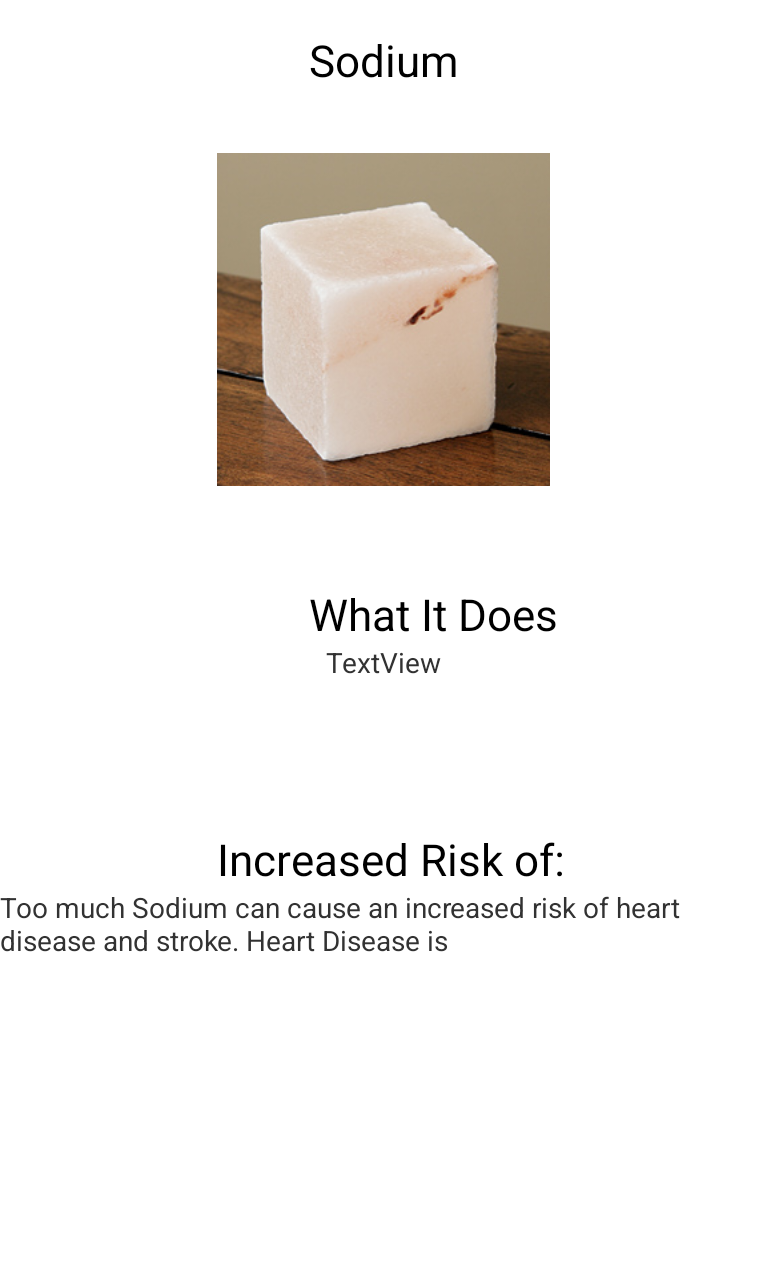
Repository: sehmon/workspace-eclipse
Layout: WhatAmIEating/res/layout/activity_detail.xml
These files come from the project's save history. The layout is drawn as it stood at one moment and after the next save; the edit follows.
It is drawn on a 768 x 1280 px phone screen (xhdpi) without system bars, with theme android:Theme.Holo.Light.NoActionBar.Fullscreen; the app's code is not run.

Above is the layout before, as saved 2014-04-13 16:10:54.

### WhatAmIEating/res/layout/activity_detail.xml
<RelativeLayout xmlns:android="http://schemas.android.com/apk/res/android"
    xmlns:tools="http://schemas.android.com/tools"
    android:id="@+id/container"
    android:layout_width="match_parent"
    android:layout_height="match_parent"
    android:orientation="vertical" >

    <TextView
        android:id="@+id/textView2"
        android:layout_width="wrap_content"
        android:layout_height="wrap_content"
        android:layout_alignParentTop="true"
        android:layout_centerHorizontal="true"
        android:layout_marginTop="15dp"
        android:text="Sodium"
        android:textAppearance="?android:attr/textAppearanceLarge" />

    <ImageView
        android:id="@+id/imageView1"
        android:layout_width="wrap_content"
        android:layout_height="wrap_content"
        android:layout_below="@+id/textView2"
        android:layout_centerHorizontal="true"
        android:layout_marginTop="32dp"
        android:src="@drawable/salt" />

    <TextView
        android:id="@+id/textView4"
        android:layout_width="wrap_content"
        android:layout_height="wrap_content"
        android:layout_alignLeft="@+id/imageView1"
        android:layout_below="@+id/textView3"
        android:layout_marginTop="74dp"
        android:text="Increased Risk of:"
        android:textAppearance="?android:attr/textAppearanceLarge" />

    <TextView
        android:id="@+id/textView5"
        android:layout_width="wrap_content"
        android:layout_height="wrap_content"
        android:layout_alignParentLeft="true"
        android:layout_below="@+id/textView4"
        android:text="Too much Sodium can cause an increased risk of heart disease and stroke. Heart Disease is" />

    <TextView
        android:id="@+id/textView1"
        android:layout_width="wrap_content"
        android:layout_height="wrap_content"
        android:layout_alignLeft="@+id/textView2"
        android:layout_below="@+id/imageView1"
        android:layout_marginTop="49dp"
        android:text="What It Does"
        android:textAppearance="?android:attr/textAppearanceLarge" />

    <TextView
        android:id="@+id/textView3"
        android:layout_width="wrap_content"
        android:layout_height="wrap_content"
        android:layout_below="@+id/textView1"
        android:layout_centerHorizontal="true"
        android:text="TextView" />

</RelativeLayout>

After the next save:
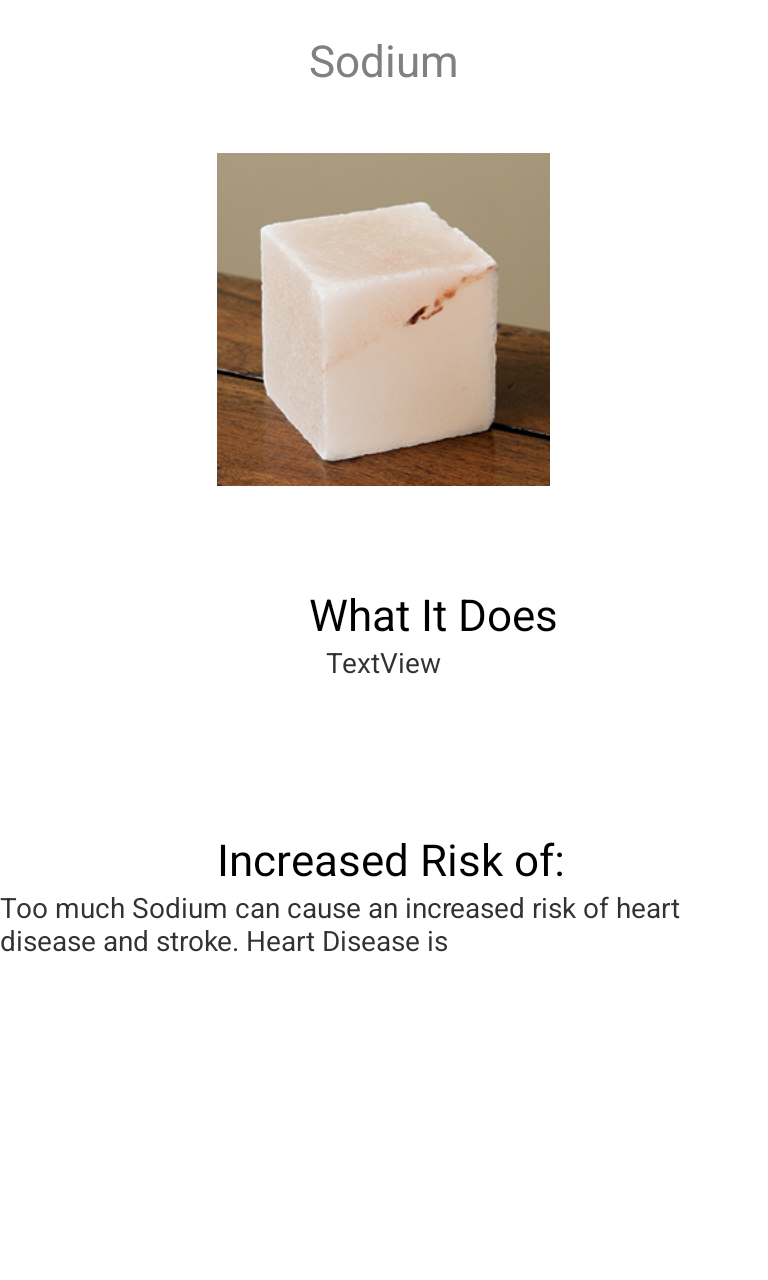
Saved 30 s later.
--- a/WhatAmIEating/res/layout/activity_detail.xml
+++ b/WhatAmIEating/res/layout/activity_detail.xml
@@ -13,7 +13,8 @@
         android:layout_centerHorizontal="true"
         android:layout_marginTop="15dp"
         android:text="Sodium"
-        android:textAppearance="?android:attr/textAppearanceLarge" />
+        android:textAppearance="?android:attr/textAppearanceLarge"
+        android:textColor="#808080" />
 
     <ImageView
         android:id="@+id/imageView1"
